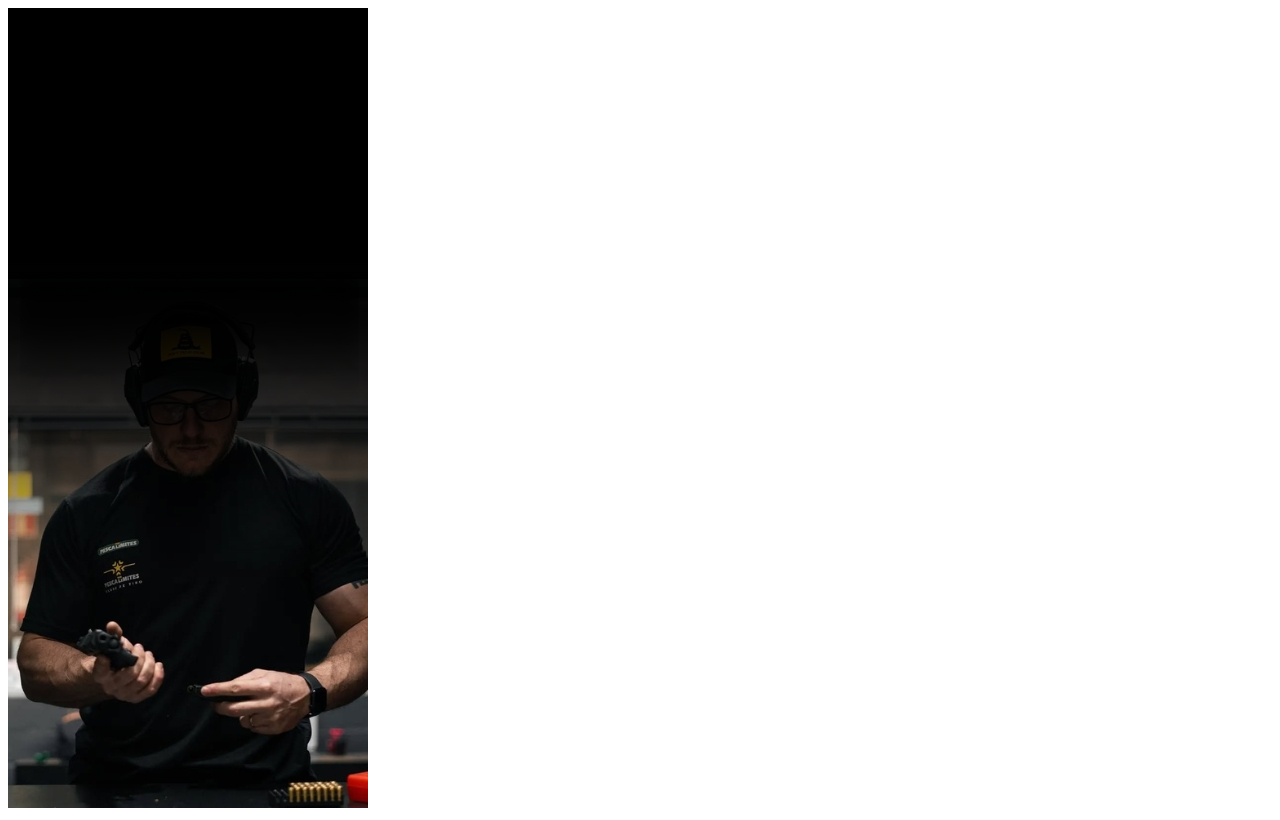
Repository: Fr4nc021/LinkPages-PescasemLimites
Page: index.html
The author's editor kept a copy of each file at every save. The page is drawn from the files as they stood at one save, then again after the next save.
The browser window is 1280 px wide. The pictures show the whole page.

Above is the page before, as saved 2025-02-27 20:53:53.

After the next save:
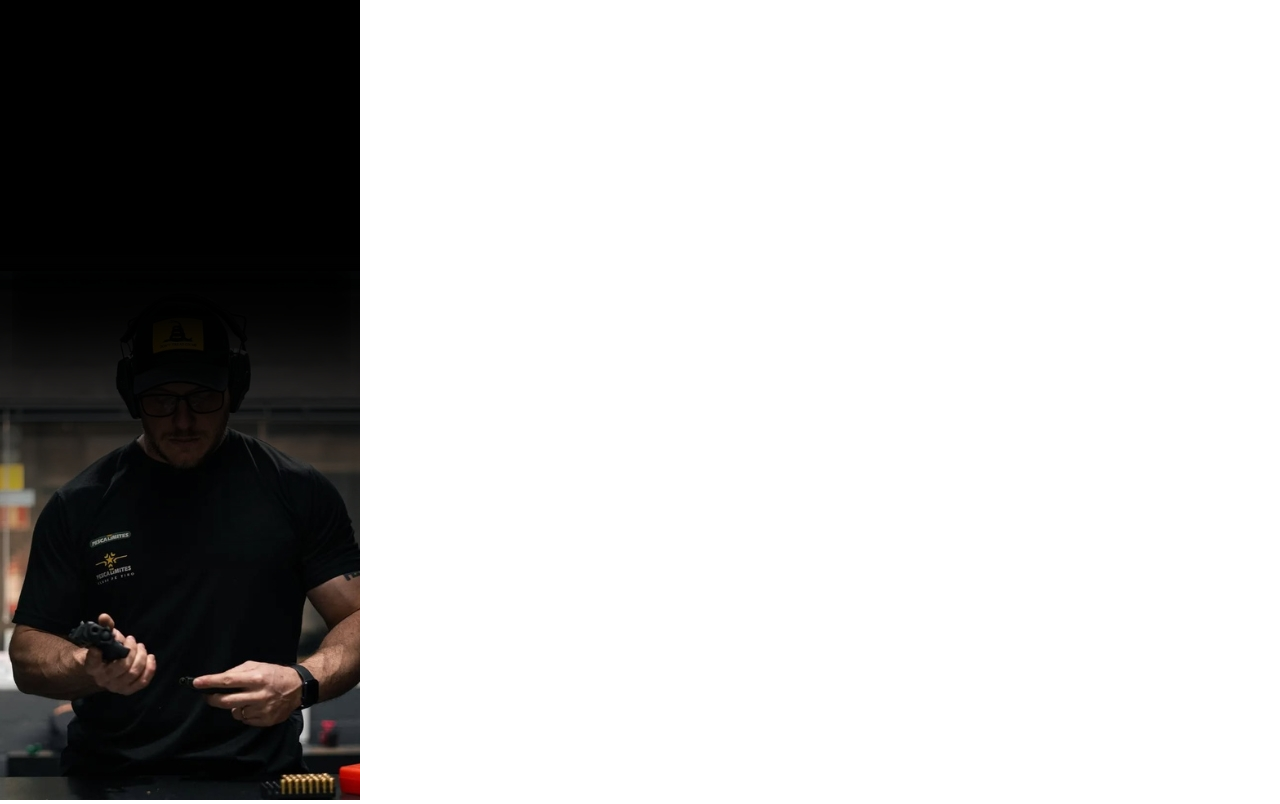
Saved 89 s later.
--- a/style.css
+++ b/style.css
@@ -1,3 +1,5 @@
-bory {
-
+* {
+    margin: 0%;
+    padding: 0%;
+    box-sizing: border-box;
 }
